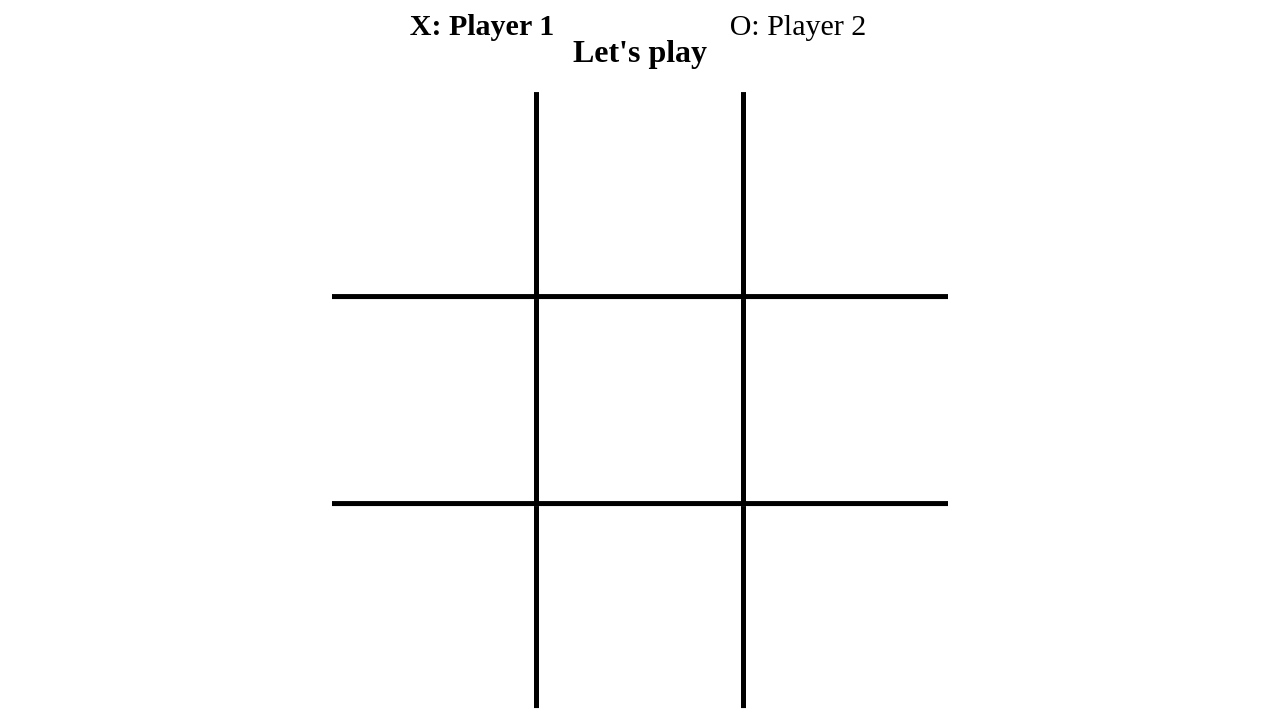
Repository: anas-essaguiar/epita.advancedWeb
Page: tictatoe/index.html
An editor plug-in stored every save of this project. The page is shown before and after the next save, followed by the edit.
The browser window is 1280 px wide. The pictures show the whole page.

Above is the page before, as saved 2021-04-15 11:10:28.

After the next save:
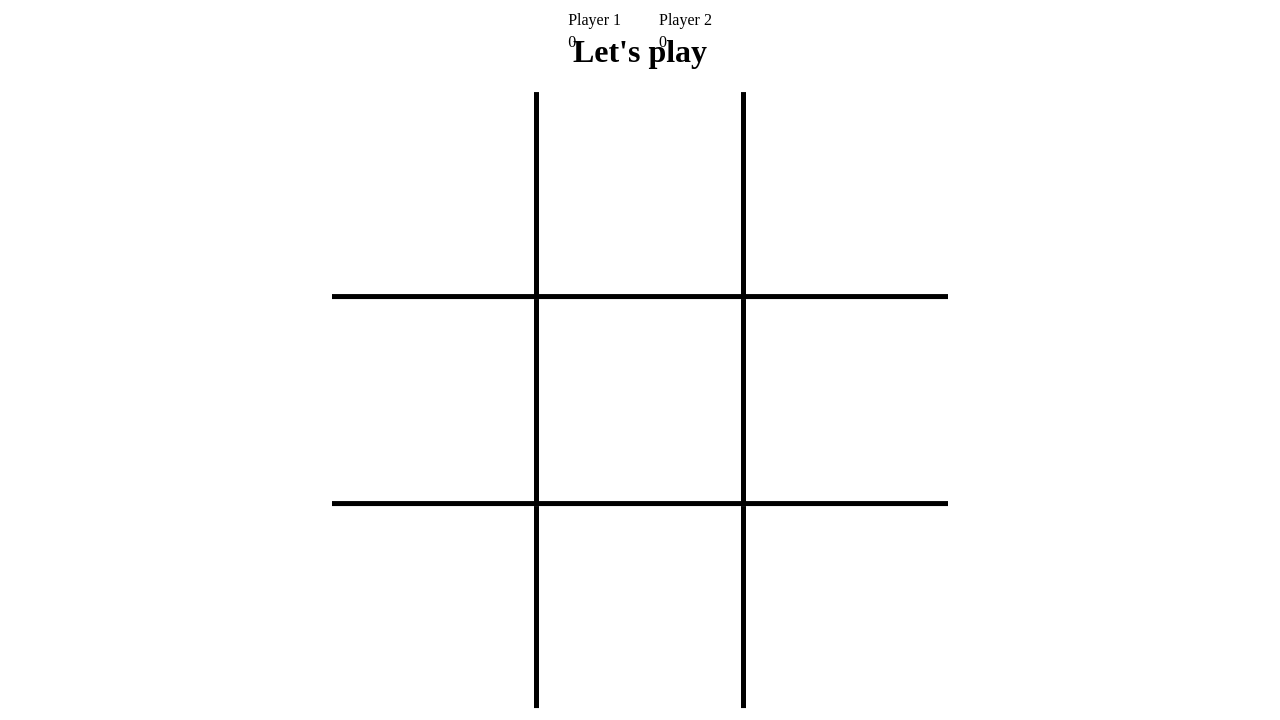
Saved 8 days later.
--- a/tictatoe/index.html
+++ b/tictatoe/index.html
@@ -8,6 +8,22 @@
 </head>
 
 <body>
+    <table id="scoreboard" align="center">
+        <tr>
+            <td> Player 1 </td>
+            <td width="30"> &nbsp; </td>
+            <td> Player 2 </td>
+        </tr>
+        <tr>
+            <td class="score" id="player1">
+                0
+            </td>
+            <td> &nbsp; </td>
+            <td class="score" id="player2">
+                0
+            </td>
+        </tr>
+    </table>
     <div class="centered">
         <h1>Let's play</h1>
         <table id="table1">
@@ -28,10 +44,7 @@
             </tr>
         </table>
     </div>
-    <div id="players">
-        <div class="player1 player active"><span class="player1_play">X</span>: <span>Player 1</span></div>
-        <div class="player2 player"><span class="player2_play">O</span>: <span>Player 2</span></div>
-    </div>
+
     <script type="text/javascript" defer src="js/app.js"></script>
 </body>
 
